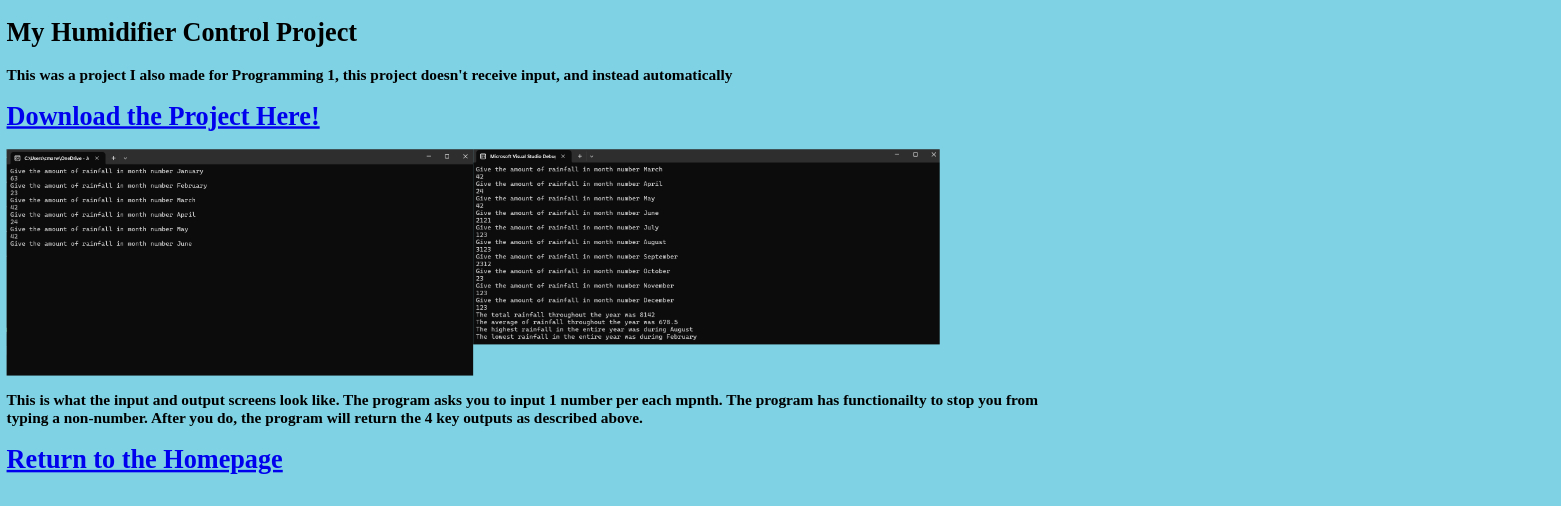
Repository: captainm64/captainm64
Page: projectshow2.html
These files come from the project's save history. The page is drawn as it stood at one moment and after the next save; the edit follows.
The browser window is 1280 px wide. The page is 1904 px wide, so the pictures cover 1904 px, including what lies to the right of the window. The pictures show the whole page, at 82% of full size.

Above is the page before, as saved 2026-05-12 10:19:27.

### projectshow2.html
<!DOCTYPE html>
<html>
    <head>
        <link rel = "stylesheet" href = "./styles/index.css" />
         <link rel = "stylesheet" href = "./styles/global.css" />
         <title>Project</title>
    </head>
<body>
<main>
<h1>My Humidifier Control Project</h1>

<h3>This was a project I also made for Programming 1, this project doesn't receive input, and instead automatically </h3>

 <a href = https://github.com/captainm64/Weather_Array.git><h1>Download the Project Here!</h1></a>


<div class = "demos">
 <img src="../../assets/images/demo1.png" alt = "Code demonstration: numbers being put in"/>

 <img src="../../assets/images/demo2.png" alt = "Code demonstration: result"/>
</div>

<div class = "dscrib">

<h3> This is what the input and output screens look like. The program asks you to input 1 number per each mpnth. The program has functionailty to stop you from typing a non-number. After you do, the program will return the 4 key outputs as described above.</h3>

</div>

 <a href = index.html><h1>Return to the Homepage</h1></a>
</main>

### styles/index.css
html{
   background-color: rgb(126, 210, 227);
}


img{

   height: 55%;
   width: 45%;
}

.Me{

   display: flex;

   flex-direction: column;
}

.projtxt{

   display: flex;

   flex-direction: column;

}

.projtxt img {

   height: 100%;
   width: 100%

}

.demos{

   display: flex;

   justify-content: space-evenly;

   flex-direction: column;

}

.demos{

   height: 50rem;
   width: 80rem
}

#Main{

font-size: 30rem;
font-family: "timesnewromanbold";
color: rgb(0, 0, 0);


}


/*Tablet*/
@media (min-width: 768px) {

    img{

   height: 95%;
   width: 50%;
   }

   .Me{

   display: flex;

   flex-direction: row;
   }

.projtxt{

      display: flex;
      flex-direction: row;
      font-size: 80%

   }

   .projtxt img {

   width: 50%

  }

  .demos{

   height: 70%;
   width: 150%;


   display: flex;
   flex-direction: row
}

}

/* laptop */
@media(min-width: 1025px)
{
     img{

   height: 95%;
   width: 30%;
   }


  .Me{

   display: flex;

   flex-direction: row;
   }

   .projtxt{

          display: flex;

      flex-direction: row;

      font-size: 60%
   }


   .projtxt img {

   height: 80%

  }

  .demos{

   height: 70%;
   width: 150%;
    display: flex;
    justify-content: left;
   flex-direction: row
}

}

### styles/global.css

@font-face {

    font-family: "timesnewroman";
    src: url(/assests/fonts/timesnewroman.ttf);
}

After the next save:
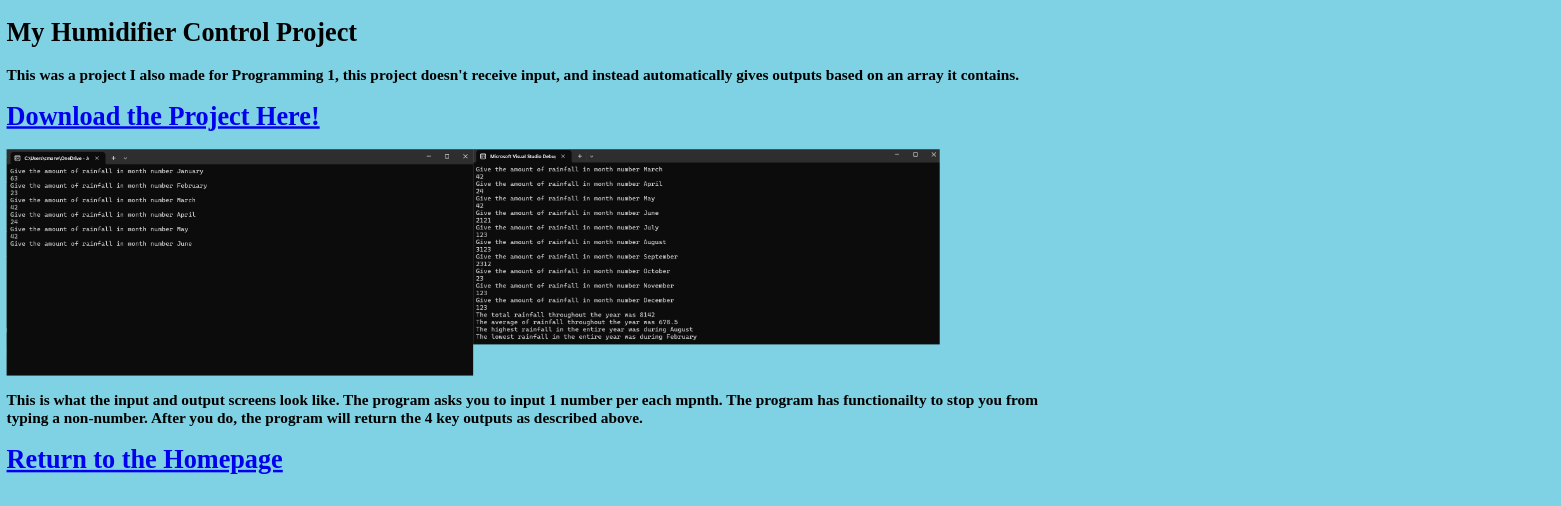
Saved 91 s later.
--- a/projectshow2.html
+++ b/projectshow2.html
@@ -9,7 +9,7 @@
 <main>
 <h1>My Humidifier Control Project</h1>
 
-<h3>This was a project I also made for Programming 1, this project doesn't receive input, and instead automatically </h3>
+<h3>This was a project I also made for Programming 1, this project doesn't receive input, and instead automatically gives outputs based on an array it contains.</h3>
 
  <a href = https://github.com/captainm64/Weather_Array.git><h1>Download the Project Here!</h1></a>
 
